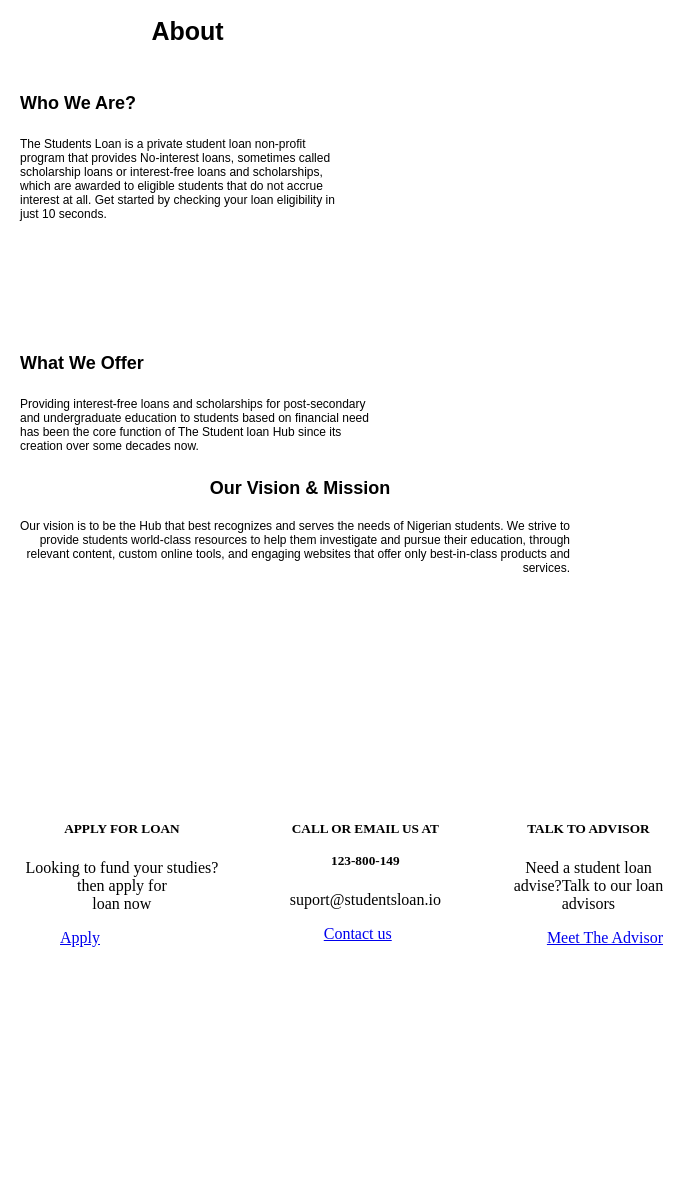
Repository: Tobby004/basic-loanweb
Page: about.html
The author's editor kept a copy of each file at every save. The page is drawn from the files as they stood at one save, then again after the next save.
The browser window is 375 px wide. The page is 690 px wide, so the pictures cover 690 px, including what lies to the right of the window. The pictures show the whole page.

Above is the page before, as saved 2023-07-05 09:17:42.

After the next save:
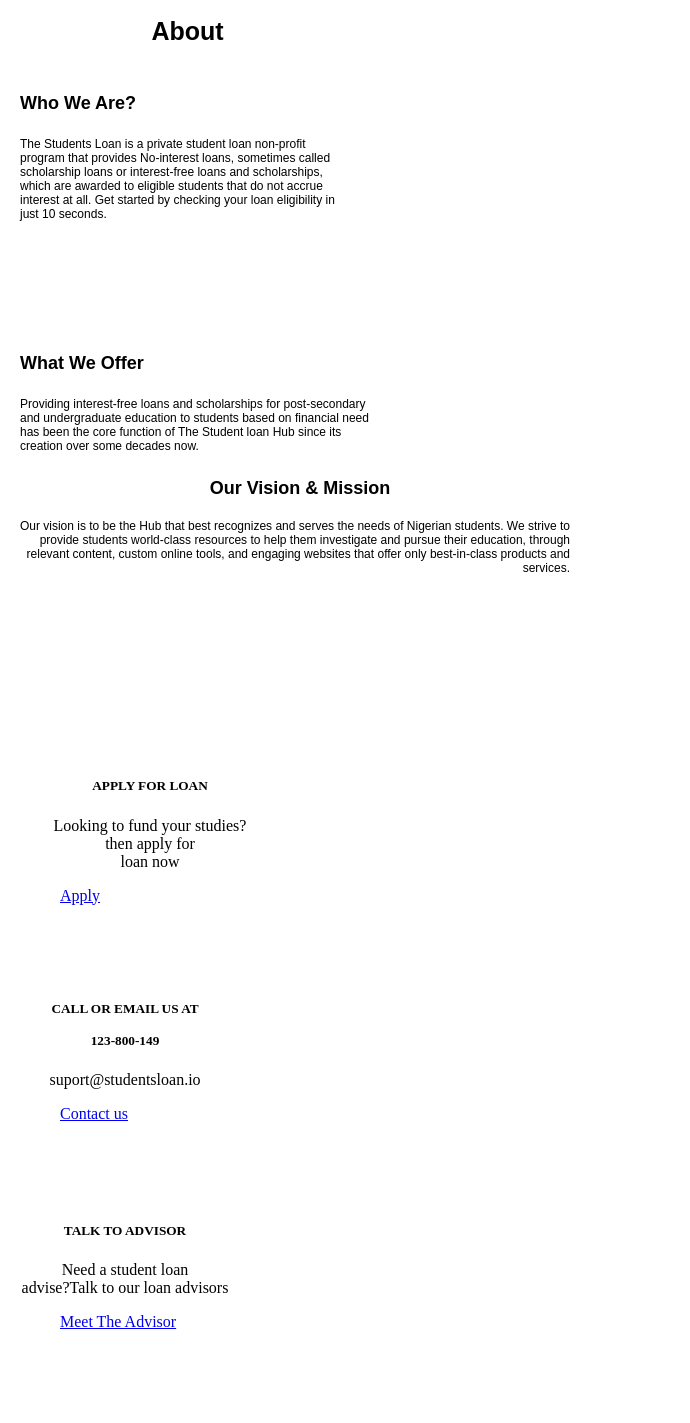
Saved 77 s later.
--- a/about.css
+++ b/about.css
@@ -138,4 +138,16 @@ h1 {
     text-align: right;
   }
 
+
+
+
+
+  .contact-box{
+    display:block ;
+    gap: 20px;
+    margin: auto;
+    height: 400px;
+    width: 690px;
+    background: #ffffff;
 }
+}
